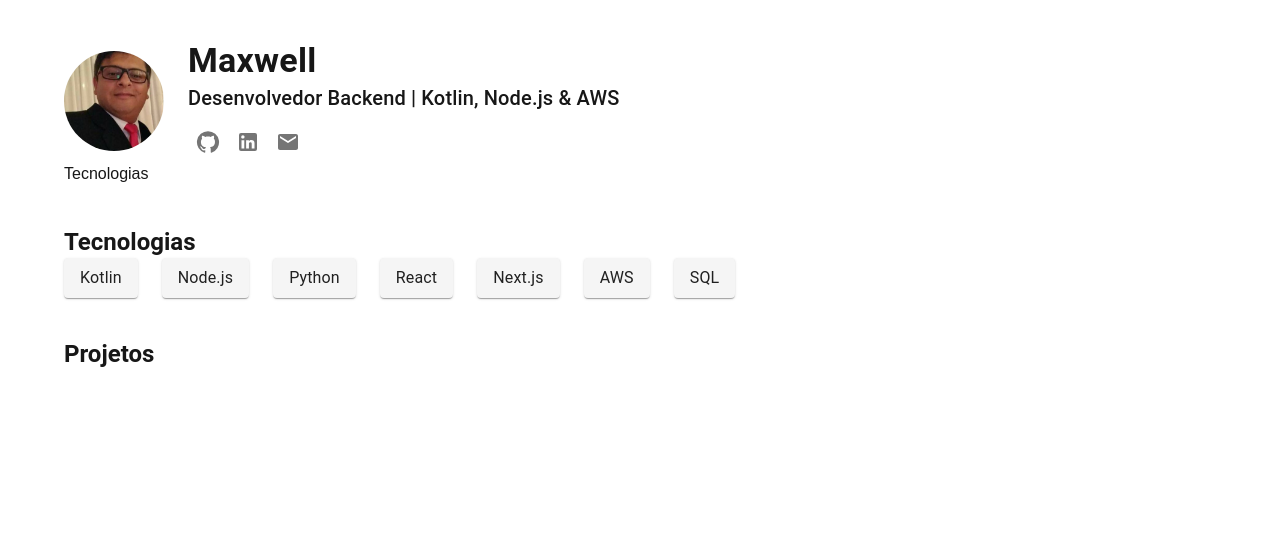
Repository: maxwelllbarboza/pagina-pessoal
Page: /
The author's editor kept a copy of each file at every save. The page is drawn from the files as they stood at one save, then again after the next save.
The browser window is 1280 px wide. The pictures show the whole page.
The project was rebuilt for these pictures with package versions that can differ from the ones it lists, and the page was loaded fresh each time. The framework's server and built-in components were replaced by stand-ins that run in the browser. Also part of the build but not shown: next.config.mjs, next.config.ts.

Above is the page before, as saved 2025-02-27 08:51:22.

### src/app/page.tsx
import { Container, Typography, Card, Avatar, Box, IconButton } from '@mui/material';
import { GitHub, LinkedIn, Email } from '@mui/icons-material';
import Grid from '@mui/material/Grid2';
import { motion } from 'framer-motion';

const skills = ['Kotlin', 'Node.js', 'Python', 'React', 'Next.js', 'AWS', 'SQL'];

const projects = [
  { title: 'Sistema de Frete', description: 'Gerenciamento de transportes e pagamentos.', image: '/frete.png' },
  { title: 'Naval Battle Game', description: 'Jogo de batalha naval interativo.', image: '/naval.png' },
  { title: 'Sistema de Estoque', description: 'Gestão de bebidas e inventário.', image: '/estoque.png' }
];

export default function Home() {
  return (
    <Container maxWidth="lg" sx={{ mt: 5 }}>
    {/* Sobre Mim */}
    <Box display="flex" alignItems="center" gap={3}>
      <Avatar src="/maxwell.jpg" sx={{ width: 100, height: 100 }} />
      <Box>
        <Typography variant="h4" component="h1" fontWeight="bold">Maxwell</Typography>
        <Typography variant="h6">Desenvolvedor Backend | Kotlin, Node.js & AWS</Typography>
        <Box mt={1}>
          <IconButton href="https://github.com/maxwell" target="_blank"><GitHub /></IconButton>
          <IconButton href="https://linkedin.com/in/maxwell" target="_blank"><LinkedIn /></IconButton>
          <IconButton href="mailto:maxwell@email.com"><Email /></IconButton>
        </Box>
      </Box>
    </Box>

    Tecnologias
    <Typography variant="h5" mt={5} fontWeight="bold">Tecnologias</Typography>

    <Box sx={{ flexGrow: 1 }}>
      <Grid container spacing={{ xs: 2, md:3 }} columns={{ xs: 4, sm: 8, md: 12 }}>
        {skills.map((skill, index) => (
          <Grid key={index} xs={2} sm={4} md={4}>
            <motion.div whileHover={{ scale: 1.1 }}>
              <Card sx={{ px: 2, py: 1, textAlign: 'center', backgroundColor: '#f5f5f5' }}>
                <Typography variant="body1">{skill}</Typography>
              </Card>
            </motion.div>
          </Grid>
        ))}
      </Grid>
    </Box>


    {/* Projetos */}
    <Typography variant="h5" mt={5} fontWeight="bold">Projetos</Typography>

    {/* <Grid container spacing={3} mt={2}>

      {projects.map((project, index) => (
        <Grid  key={index}>
          <motion.div whileHover={{ scale: 1.05 }}>
            <Card>
              <CardMedia component="img" height="140" image={project.image} alt={project.title} />
              <CardContent>
                <Typography variant="h6" fontWeight="bold">{project.title}</Typography>
                <Typography variant="body2">{project.description}</Typography>
              </CardContent>
            </Card>
          </motion.div>
        </Grid>
      ))}
    </Grid> */}
  </Container>
  );
}

Loaded but not shown: src/app/layout.tsx (common file); src/app/globals.css (common file)

After the next save:
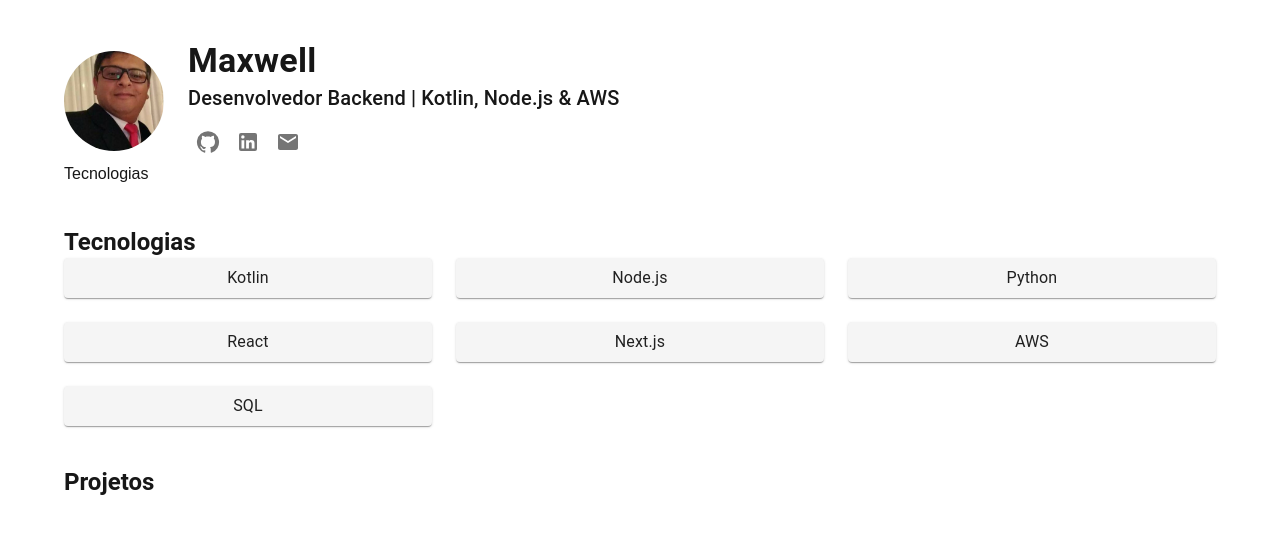
Saved 62 s later.
--- a/src/app/page.tsx
+++ b/src/app/page.tsx
@@ -34,7 +34,7 @@ export default function Home() {
     <Box sx={{ flexGrow: 1 }}>
       <Grid container spacing={{ xs: 2, md:3 }} columns={{ xs: 4, sm: 8, md: 12 }}>
         {skills.map((skill, index) => (
-          <Grid key={index} xs={2} sm={4} md={4}>
+          <Grid key={index} size={{ xs: 2, sm: 4, md: 4 }}>
             <motion.div whileHover={{ scale: 1.1 }}>
               <Card sx={{ px: 2, py: 1, textAlign: 'center', backgroundColor: '#f5f5f5' }}>
                 <Typography variant="body1">{skill}</Typography>
